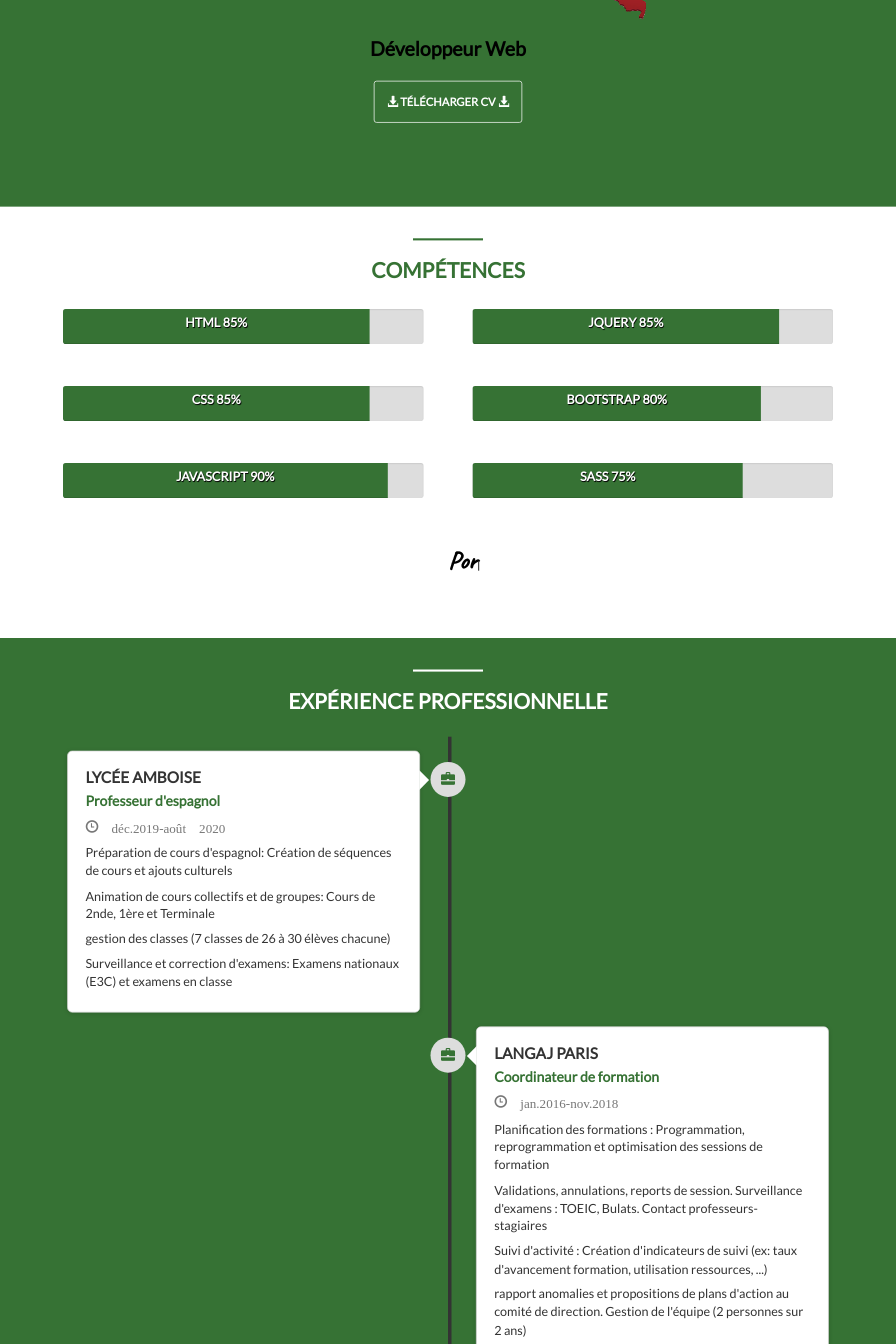
Repository: 0Memo/mon-cv
Page: index.html
The author's editor kept a copy of each file at every save. The page is drawn from the files as they stood at one save, then again after the next save.
The browser window is 1280 px wide. The pictures show the part of the page from y = 499 to 2419 px (the page is 6181 px tall before and 6294 px after), at 70% of full size.

Above is the page before, as saved 2020-12-30 08:36:24.

After the next save:
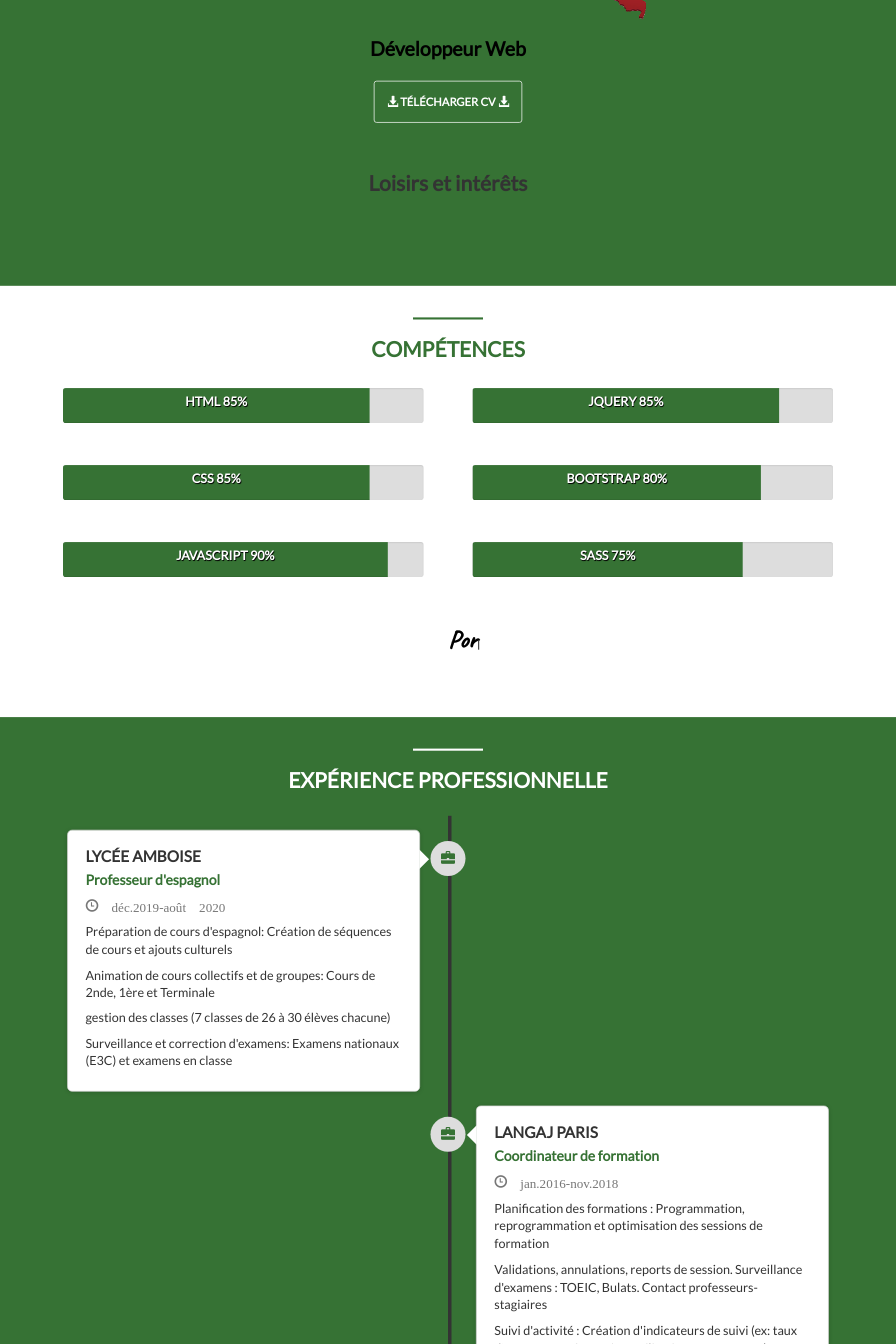
Saved 3 min 52 s later.
--- a/index.html
+++ b/index.html
@@ -54,6 +54,11 @@
                 <h3>Développeur Web</h3>
                 <a href="docs/CV_Guillaume_Mehats.pdf" class="button1" target="_blank"><span class="glyphicon glyphicon-download-alt"></span>&nbsp;Télécharger CV&nbsp;<span class="glyphicon glyphicon-download-alt"></span></a>
             </div>
+            <div class="container">
+                <div class="white-divider"></div>
+                <div class="heading">
+                    <h2>Loisirs et intérêts</h2>
+                </div>
         </section>
 
         <section id="skills">
